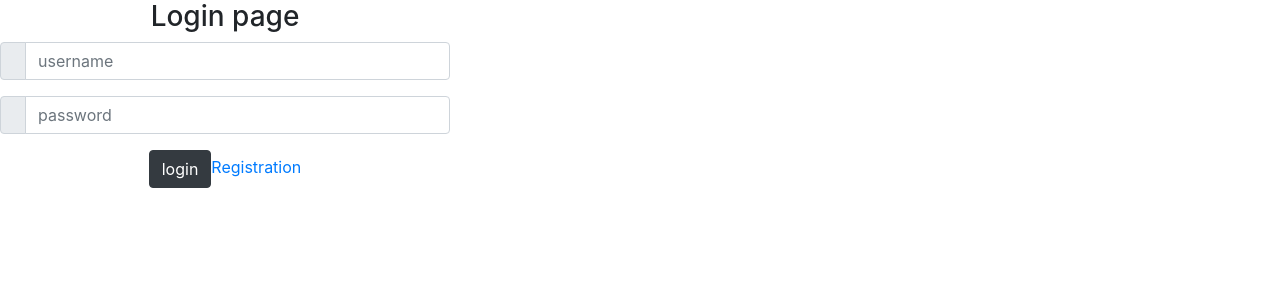
Repository: vishnushelke/LoginPage
Page: http://localhost/MyLoginPage/Login.jsp
These files come from the project's save history. The page is drawn as it stood at one moment and after the next save; the edit follows.
The browser window is 1280 px wide. The pictures show the whole page.
The page is served by Tomcat 9. Other server files are loaded and not shown.

Above is the page before, as saved 2019-10-10 09:35:36.

### MyLoginPage/WebContent/Login.jsp
<%@ page language="java" contentType="text/html; charset=UTF-8"
	pageEncoding="UTF-8"%>
<!DOCTYPE html>
<html>
<head>
<meta charset="UTF-8">
<title>Insert title here</title>
<link rel="stylesheet"
	href="https://maxcdn.bootstrapcdn.com/bootstrap/4.3.1/css/bootstrap.min.css">
<script
	src="https://ajax.googleapis.com/ajax/libs/jquery/3.4.1/jquery.min.js"></script>
<script
	src="https://cdnjs.cloudflare.com/ajax/libs/popper.js/1.14.7/umd/popper.min.js"></script>
<script
	src="https://maxcdn.bootstrapcdn.com/bootstrap/4.3.1/js/bootstrap.min.js"></script>
</head>
<body>
	<form action="login" method="post">
		<div style='text-align: center'>
		<div class="container"></div>
			<fieldset style="width: 450px">
				<h3>Login page</h3>
				<div class="input-group mb-3">
					<div class="input-group-prepend">
						<span class="input-group-text" id="basic-addon1"></span>
					</div>
					<input type="text" class="form-control" name="username"
						placeholder="username" aria-label="username"
						aria-describedby="basic-addon1">
				</div>
				<div class="input-group mb-3">
					<div class="input-group-prepend">
						<span class="input-group-text" id="basic-addon1"></span>
					</div>
					<input type="password" class="form-control" name="password"
						placeholder="password" aria-label="password"
						aria-describedby="basic-addon1">
				</div>

				<input type="submit" value="login" class="btn btn-dark"><a
					href="register.jsp">Registration</a>
			</fieldset>
		</div>
	</form>

</body>


</html>

After the next save:
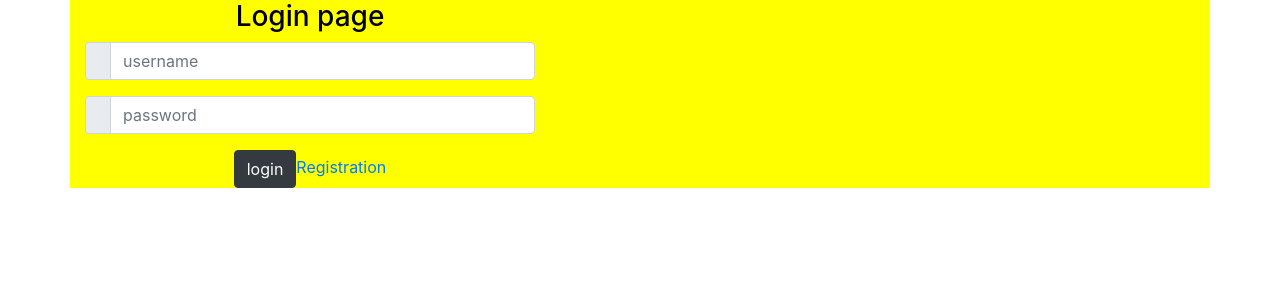
Saved 81 s later.
--- a/MyLoginPage/WebContent/Login.jsp
+++ b/MyLoginPage/WebContent/Login.jsp
@@ -17,7 +17,7 @@
 <body>
 	<form action="login" method="post">
 		<div style='text-align: center'>
-		<div class="container"></div>
+		<div class="container text-center" style="background-color: yellow; color:black"</div>
 			<fieldset style="width: 450px">
 				<h3>Login page</h3>
 				<div class="input-group mb-3">
